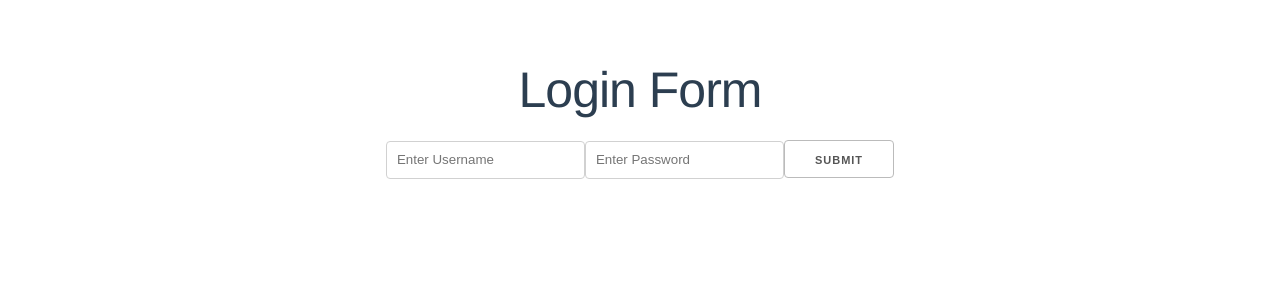
Repository: chsvk/Vue-JS-Course
Page: /
The author's editor kept a copy of each file at every save. The page is drawn from the files as they stood at one save, then again after the next save.
The browser window is 1280 px wide. The pictures show the whole page.
The project was rebuilt for these pictures with package versions that can differ from the ones it lists, and the page was loaded fresh each time.

Above is the page before, as saved 2019-03-12 21:16:21.

After the next save:
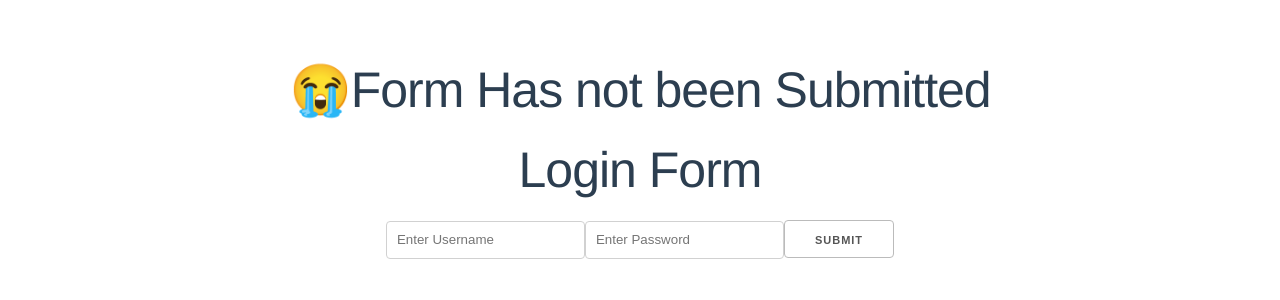
Saved 40 s later.
--- a/src/App.vue
+++ b/src/App.vue
@@ -1,5 +1,6 @@
 <template>
   <div id="app">
+    <h1>{{message}}</h1>
     <Login />
   </div>
 </template>
@@ -14,7 +15,7 @@
   },
   data(){
     return{
-      message: 'Hello from Data Component'
+      message: '😭Form Has not been Submitted'
     }
   },
 
